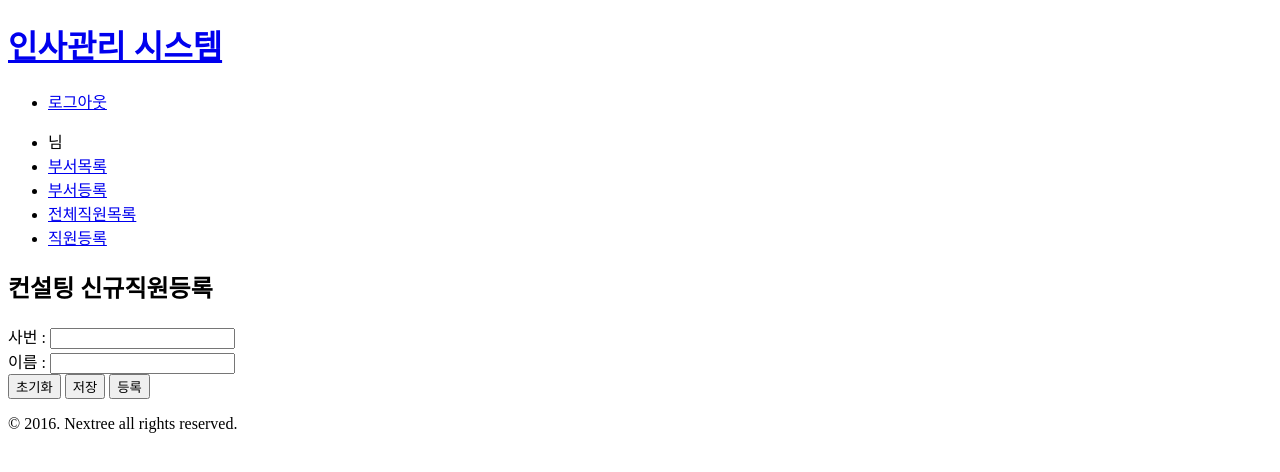
Repository: brotherdoor/shiba
Page: http://localhost/HumanResource_templete2/employee/create.do
These files come from the project's save history. The page is drawn as it stood at one moment and after the next save; the edit follows.
The browser window is 1280 px wide. The pictures show the whole page.
The page is served by Tomcat 9.

Above is the page before, as saved 2017-02-27 08:52:16.

After the next save:
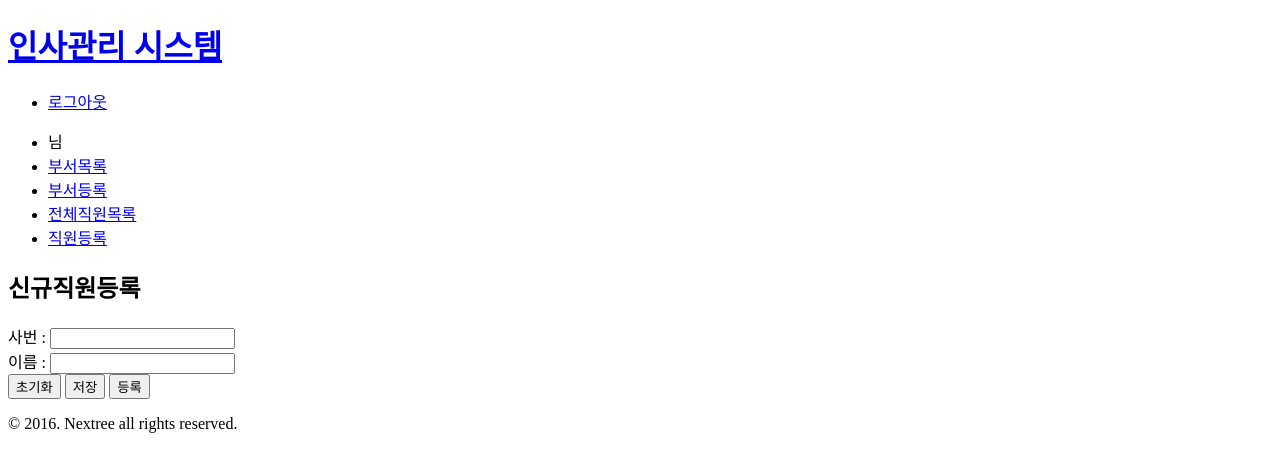
Saved 15 h 45 min later.
--- a/jsp/HumanResource_templete2/WebContent/views/empCreate.jsp
+++ b/jsp/HumanResource_templete2/WebContent/views/empCreate.jsp
@@ -18,7 +18,7 @@
     <%@ include file="sideMenu.jspf" %>
 </nav>
 <div class="contents-wrap">
-    <h2 class="page-title">컨설팅 신규직원등록</h2>
+    <h2 class="page-title">${department.name } 신규직원등록</h2>
     <div class="contents">
 
         <form action="${ctx }/employee/create.do" method="post">
